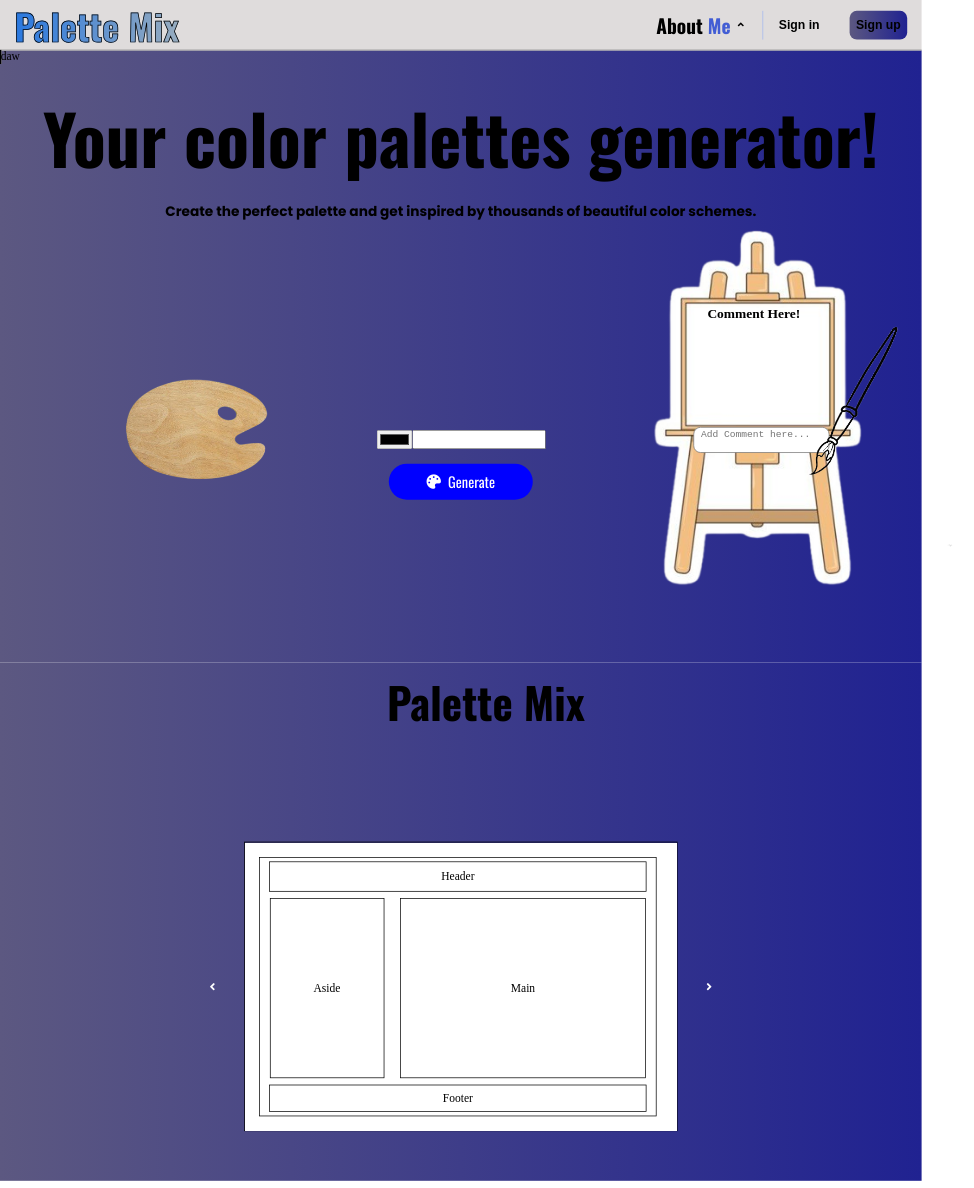
Repository: dmpelaez/Login-Signup-form
Page: Color/colorHeader.html
An editor plug-in stored every save of this project. The page is shown before and after the next save, followed by the edit.
The browser window is 1280 px wide. The page is 1353 px wide, so the pictures cover 1353 px, including what lies to the right of the window. The pictures show the whole page, at 72% of full size.
Some web libraries are served in a nearby version.

Above is the page before, as saved 2025-12-12 17:46:07.

### Color/colorHeader.html
<!DOCTYPE html>

  <html lang="en" dir="ltr">

    <head>

      <title>Palette Mix</title>
      <!--Style-->
      <link rel="stylesheet" href="colorHeader.css">
      <link rel="stylesheet" href="colorMain.css">
      <link rel="stylesheet" href="https://cdnjs.cloudflare.com/ajax/libs/font-awesome/5.14.0/css/all.min.css">
    </head>
    <body>

      <header class="color-header">
        <!--Title-->
        <a href="colorHeader.html">
          <section id="title" class="color-title">
            Palette Mix
          </section>
        </a>

        <!--End-->

        <!--Right side navigation bar-->
        <section class="navigation-bar">

          <!--About me-->
          <button class="about-me">
            <span class="aboutme">About <span class="me-text">Me</span></span>
            <i class="fas fa-angle-up"></i>
          </button>

          <!--Login & Signup form-->
          <div class="signin-signup">
            <button class="sign-in">
              Sign in
            </button>
            <button class="sign-up">
              Sign up
            </button>
          </div>
        </section>
        <!--End-->
        <div class="aboutmeSection">
          daw
        </div>


      </header>

      <main class="mainpage">

        <!--Main page-->
        <div class="main-page">

          <section class="title1">

            <h1 class="intro">Your color palettes generator!</h1>

            <h3 class="little-info">Create the perfect palette and get inspired by thousands of beautiful color schemes.</h3>
            <div class="sliding">
              <div class="colors">
              </div>
              <div class="colors2">
              </div>
              <div class="colors3">
              </div>
               <div class="colors4">
              </div>
            </div>

            <div class="colorSearch">
              <input type="color" class="colorbox">
              <Input type="text"  class="textbox">
              <img class="brush" src="brush.png">
              <img class="plate" src="plate.png">
              <img class="board" src="board.png">
                <div class="comment-section">
                  <h3 class="comment-text">Comment Here!</h3>
                  <ul class="comment-list"></ul>
                  <textarea class="comment-input" placeholder="Add Comment here..."></textarea>
                </div>
              </img>

            </div>

            <button class="generator">
              <i class="fas fa-palette"></i>
              Generate
            </button>
          </section>


        </div>

        <div class="theWhole">
          <div class="paletteText">Palette Mix</div>
          <div class="colorGenerator">
          </div>

          <div class="wholeDesign">
          <i id="leftIcon" class="fas fa-angle-left"></i>
              <div class="divBox">

            <!--Design 1-->


            <div class="divScroll">
              <div  class="div1">
                <div id="randomBox1" class="divpage1">
                  <header id="randomBox2" class="headerDiv1">Header</header>
                  <main  id="randomBox3" class="mainDiv1">
                    <div id="randomBox4" class="asideDiv1">Aside</div>
                    <div id="randomBox5" class="frontDiv1">Main</div>
                  </main>
                  <footer id="randomBox7" class="footerDiv1">Footer</footer>
                </div>
              </div>
              <!--Design 2-->
              <div  class="div2">
                <div id="randomBox1" class="divpage2">
                  <header id="randomBox2" class="headerDiv2">Header</header>
                    <div id="randomBox4" class="asideDiv2">Aside</div>
                    <div id="randomBox5" class="frontDiv2">Main</div>
                  <footer id="randomBox7" class="footerDiv2">Footer</footer>
                </div>
              </div>

              <!--Design 3-->

              <div  class="div3">
                <div id="randomBox1" class="divpage3">
                  <header id="randomBox2" class="headerDiv3">Header</header>
                    <div class="navBar">Navigation</div>
                    <div id="randomBox4" class="asideDiv3">Aside</div>
                    <div id="randomBox4" class="asideDiv32">Aside</div>
                    <div id="randomBox5" class="frontDiv3">Main</div>

                  <footer id="randomBox7" class="footerDiv3">Footer</footer>
                </div>
              </div>

            </div>
          </div>
          <i id="rightIcon"class="fas fa-angle-right"></i>



        </div>

        </div>


      </main>


      <script type="module" src="color.js"></script>

    </body>

  </html>

### Color/colorHeader.css
@import url('https://fonts.googleapis.com/css2?family=Anton&family=Oswald:wght@200..700&family=Poppins:ital,wght@0,100;0,200;0,300;0,400;0,500;0,600;0,700;0,800;0,900;1,100;1,200;1,300;1,400;1,500;1,600;1,700;1,800;1,900&family=Roboto:ital,wght@0,100..900;1,100..900&display=swap');

body {
  margin: 0;
  padding: 0;
}

.color-header {
  display: flex;
  justify-content: space-between;
  align-items: center;
  padding-left: 20px;
  padding-right: 20px;
  background: rgb(223, 220, 220);
  box-sizing: border-box;
  position: fixed;
  right: 0;
  left: 0;
  top: 0;
  height: 70px;
  border-bottom: 1px solid gray;
  z-index: 2;
}
@media (max-width: 670px) {
  .color-header {
    gap: 30px;
  }
}

a {
  text-decoration: none;
  flex-shrink: 0;
}

.color-title {
font-family: "Oswald", sans-serif;
font-weight: bold;
display: flex;
height: 50px;
font-size: 50px;
justify-content: start;
align-items: center;
-webkit-text-stroke: 1px black;
background: linear-gradient(90deg, rgb(41, 120, 224), rgb(150, 171, 190));
-webkit-background-clip: text;
-webkit-text-fill-color: transparent;
transition: all 0.3s ease;
cursor: pointer;
flex-shrink: 0;
}




.navigation-bar {
  display: Flex;
  justify-content: space-between;
  align-items: center;
  gap: 20px;
  height: 50px;
}
.signin-signup {
  display: Flex;
  border-left: 1px solid rgb(162, 183, 240);
  justify-content: space-between;
  align-items: center;
  gap: 30px;
  height: 40px;
  padding-left: 10px;
}

.sign-up {
  height: 40px;
  width: 80px;
  border-radius: 10px;
  border: none;
  background: transparent;
  color: black;
  font-family: arial;
  font-weight: bold;
  font-size: 17px;
  cursor: pointer;
  background: linear-gradient(90deg, rgb(92, 88, 129), rgb(32, 34, 145));
}
.sign-in {
  height: 40px;
  width: 80px;
  border-radius: 10px;
  border: none;
  background: transparent;
  color: black;
  font-family: arial;
  font-weight: bold;
  font-size: 17px;
  cursor: pointer;

}
.sign-in:hover,
.sign-up:hover {
background: linear-gradient(90deg, rgb(92, 88, 129), rgb(32, 34, 145));
  color: white;
}
.about-me {
  display: flex;
  justify-content: space-evenly;
  height: 40px;
  align-items: center;
  background-color: transparent;
  border: none;
  cursor: pointer;
  border-radius: 5px;
  flex-shrink: 0;
}
.about-me:hover {
  color: white;
  background: linear-gradient(90deg, rgb(92, 88, 129), rgb(32, 34, 145));
}
.aboutme {
  font-weight: bold;
  font-size: 27px;
  font-family: "Oswald";

}

.me-text {
  margin-right: 10px;
  color: rgb(66, 93, 212);
}

### Color/colorMain.css
@import url('https://fonts.googleapis.com/css2?family=Anton&family=Luckiest+Guy&family=Oswald:wght@200..700&family=Poppins:ital,wght@0,100;0,200;0,300;0,400;0,500;0,600;0,700;0,800;0,900;1,100;1,200;1,300;1,400;1,500;1,600;1,700;1,800;1,900&family=Roboto:ital,wght@0,100..900;1,100..900&display=swap');

body {
  height: 1580px;
}

.mainpage {
margin-top: 70px;
display: grid;
max-width: 1900px;
flex-shrink: 0;
position: relative;
}



.main-page {

}
.intro {
  font-weight: bold;
  font-size: 95px;
  white-space: wrap;
  font-family: "Oswald";
  flex-shrink: 0;
  display: flex;
  margin: 0px;
}


.aboutmeSection {
  display: flex;
  position: absolute;
  border: 1px solid black;
  background-color: white;
  left: 0;
  top: 100%;
  right: 100%;
}




.title1 {
  display: flex;
  flex-direction: column;
    width: 100%;
  height: 800px;
  justify-content: start;
  position: relative;
  padding-top: 50px;
  align-items: center;
 background: linear-gradient(90deg, rgb(92, 88, 129), rgb(32, 34, 145));
 transition: background 6s ease;

}


.animate-gradient {
  animation: gradientShift 6s infinite alternate;
}

.little-info {

  font-size: 19px;
  color: rgb(0, 0, 0);
  font-family: "Poppins";
}

.letters {
  display: inline-block;
  margin: 2px;
}

.letters:hover {
  cursor: pointer;
  transition: text-shadow 0.3s ease;

  animation: wiggle 0.2s infinite alternate;
}


@keyframes wiggle {
  from {transform: translateX(0);}
  to {transform: translateX(-10px);}
}
.colors,
.colors2,
.colors3,
.colors4  {
  display: flex;

   width: 500px;
  height: 150px;
  justify-content: center;

   gap: 10px;
}
.colors div,
.colors2 div,
.colors3 div,
.colors4 div {
  display: Flex;
  height: 145px;
  flex-direction: row;
  width: 200px;
  justify-content: center;
}
.box {
  display: Flex;
  align-items: center;
  justify-content: center;
  font-weight: bold;
  font-size: 19px;
  text-transform: uppercase;
  cursor: pointer;

  border-radius: 10px;
}
.sliding {

  height: 250px;
 position: relative;
 overflow: hidden;
 margin-bottom: 20px;
}
.colors,
.colors2,
.colors3,
.colors4 {
  animation: scrollUp 6s linear infinite;

}


@keyframes scrollUp {
  0%   { transform: translateY(0); }
  25%   { transform: translateY(-50%); }
  50%   { transform: translateY(-100%); }
  75%   { transform: translateY(-150%); }
  100% { transform: translateY(-205%); }
}

.colorSearch {
  display: Flex;
  position: relative;
}
.brush {
  position: absolute;
  width: 300px;
  object-fit: cover;
  z-index: 1;
  top: -250px;
  right: -580px;
  pointer-events: none;
}
.plate {
  position: absolute;
  width: 200px;
  left: -350px;
  top: -70px;


}
.board {
  position: absolute;
  width: 600px;
  top: -330px;
  left: 230px;
  pointer-events: none;
}

.comment-section {
  position: absolute;
  right: -394px;
  bottom: -20%;
  display: flex;
  flex-direction: column;
  height: 250px;
  justify-content: end;
  text-align: center;

}
.comment-list {
position: absolute;
bottom: 10%;
display: flex;
align-items: left;
justify-content: start;

gap: 10px;
height: 140px;
width: 189px;
padding: 0;
left: -16px;
flex-direction: column;
overflow-y: scroll;
padding-left: 10px;
}
.comment-text {
  margin: 0px;
  Position: absolute;
  top: 45px;
  left: 20px;
  white-space: nowrap;
}
.comment-input {
display: flex;
position: initial;
padding-left: 10px;
text-align: middle;
align-items: center;
justify-content: center;
border-radius: 10px;
outline: none;
}
.comments {
  display: flex;
  justify-content: start;
  text-align: left;
  width: 160px;
  white-space: normal;
  word-wrap: break-word;
  word-break: break-all;
  overflow-wrap: break-word;
  border: 1px solid gray;
  padding: 10px;
  padding-right: 0px;
}


.generator {
  display: flex;
  background: blue;
  border: none;
  border-radius: 50px;
  height: 50px;
  align-items: center;
  justify-content: center;
  margin-top: 20px;
  width: 200px;
  font-family: "Oswald";
  font-size: 20px;
  color: white;
  cursor: pointer;
}
.generator i {
  margin-right: 10px;
}

.colorGenerator {
  display: flex;


  height: 200px;
  width: 100%;
  align-self: center;
 justify-self: center;
 align-items: center;
 justify-content: center;
 gap: 10px;

}
.generateColor {
  display: flex;
  border-width: 1px;
  border-radius: solid;
  width: 200px;
  height: 100px;
  justify-content: center;
  align-items: center;
  cursor: pointer;
  color: black;
}

.paletteText {
  font-weight: bold;
  font-family: "Oswald";
  font-size: 60px;
  position: absolute;
  left: 42%;
  top: 0;
  right: 50%;
  white-space: nowrap;
  top: 10px;

}

.theWhole {
  height: 100vh;
  display: flex;
  flex-direction: column;
  justify-content: center;
  align-items: center;
  position: relative;
 background: linear-gradient(90deg, rgb(92, 88, 129), rgb(32, 34, 145));
}

.divBox {
  border: 1px solid black;
  height: 400px;
  width: 600px;
  display: flex;
  align-items: center;
  justify-content: center;
  align-self: center;
  justify-self: center;
  gap: 20px;
  background-color: white;
  overflow-x: auto;
  scroll-behavior: smooth;
  position: relative;
}
.divBox::-webkit-scrollbar {
  display: none;
}
.wholeDesign {
  display: flex;
  justify-content: center;
  align-items: center;
  margin-bottom: 20px;
}


.divBox i {
  cursor: pointer;
  margin-right: 10px;
  margin-left: 10px;

}

.divScroll {
  display: flex;
  justify-content: space-evenly;
  height: 90%;
  min-width: 90%;
  position: absolute;
  left: 20px;
  background-color: white;
  gap: 30px;

}

.div1{
  display: grid;
  border: 1px solid black;
  min-height: 90%;
  width: 550px;
  flex-direction: column;
  z-index: 1;


}


.div2 {
 display: grid;
  border: 1px solid black;
  min-height: 90%;
  width: 550px;
  flex-direction: column;
  z-index: 1;

}
.div3 {
  display: grid;
  border: 1px solid black;
  min-height: 90%;
  width: 550px;
  flex-direction: column;
  z-index: 1;
  margin-right: 20px;

}





.divpage1 {
  display: flex;
   z-index: 2;
   flex-direction: column;
  height: 100%;
  min-width: 100%;
  justify-content: space-between;
  align-items: center;

}

.headerDiv1 {
  display: flex;
  align-items: center;
  justify-content: center;
  height: 40px;
  border: 1px solid black;
  min-width: 95%;
  margin-top: 5px;
  z-index: 2;
  background-color: white;
}
.mainDiv1{
  display: flex;
   z-index: 2;
  height: 70%;
  min-width: 95%;
  justify-content: space-between;

}
.footerDiv1 {
  display: flex;
  border: 1px solid black;
  min-width: 95%;
  justify-content: center;
  height: 10%;
  align-items: center;
  margin-bottom: 5px;
    z-index: 2;
    background-color: white;
}
.asideDiv1 {
  border: 1px solid black;
  min-width: 30%;
  display: flex;
  align-items: center;
  justify-content: center;
  z-index: 2;
  background-color: white;
}
.frontDiv1 {
  display: flex;
  border: 1px solid black;
  min-width: 65%;
  justify-content: center;
  align-items: center;
  z-index: 2;
  background-color: white;
}





.divpage2 {
  display: grid;
grid-template-columns: 150px 1fr 1fr 1fr;
grid-template-rows: 150px 1fr 1fr 1fr;
row-gap: 10px;
column-gap: 10px;
margin: 10px;
}
.headerDiv2 {
  grid-row: 1 / 3 span;
  display: flex;
  justify-content: center;
  align-items: center;
  border: 1px solid black;
  background-color: white;
}

.footerDiv2 {
  grid-row: 4 / 1 span;
  grid-column: 4 span;
  display: flex;
  justify-content: center;
  align-items: center;
  border: 1px solid black;
  background-color: white;
}


.frontDiv2 {
grid-column: 2 / 3 span;
grid-row: 1 / 2 span;
display: flex;
justify-content: center;
align-items: center;
border: 1px solid black;
background-color: white;
}
.asideDiv2 {
  grid-column: 2 / 3 span;
  display: flex;
  justify-content: center;
  align-items: center;
  border: 1px solid black;
  background-color: white;
}




.divpage3 {
  display: grid;
  grid-template-columns: 150px 1fr 150px;
  grid-template-rows: 50px 40px 1fr 1fr 40px;
  row-gap: 10px;
  column-gap: 10px;
  margin: 10px;

}
.headerDiv3 {
  grid-column: 1 / 3 span;
  display: flex;
  justify-content: center;
  align-items: center;
  border: 1px solid black;
  background-color: white;
}
.navBar {
  grid-column: 1 / 3 span;
  display: flex;
  justify-content: center;
  align-items: center;
  border: 1px solid black;
background-color: white;
}
.asideDiv3 {
  display: flex;
  border: 1px solid black;
  justify-content: center;
  align-items: center;
background-color: white;
}
.asideDiv32 {
  display: Flex;
  border: 1px black solid;
  grid-row: 4;
  justify-content: center;
  align-items: center;
  background-color: white;
}
.frontDiv3 {
  display: flex;
  justify-content: center;
  align-items: center;
  border: 1px solid black;
  grid-row: 3 / 2 span;
  grid-column: 2 / 2 span;
  background-color: white;
}
.footerDiv3 {
  display: Flex;
  align-items: center;
  justify-content: center;
  border: 1px solid black;
  grid-column: 1 / 3 span;
  background-color: white;
}




#leftIcon {
  cursor: pointer;
  color: white;
  margin-right: 20px;
  padding: 20px;
}
#rightIcon {
  cursor: pointer;
  margin-left: 20px;
  padding: 20px;
 color: white;
}

Loaded but not shown: Color/color.js (458 lines, source omitted)

After the next save:
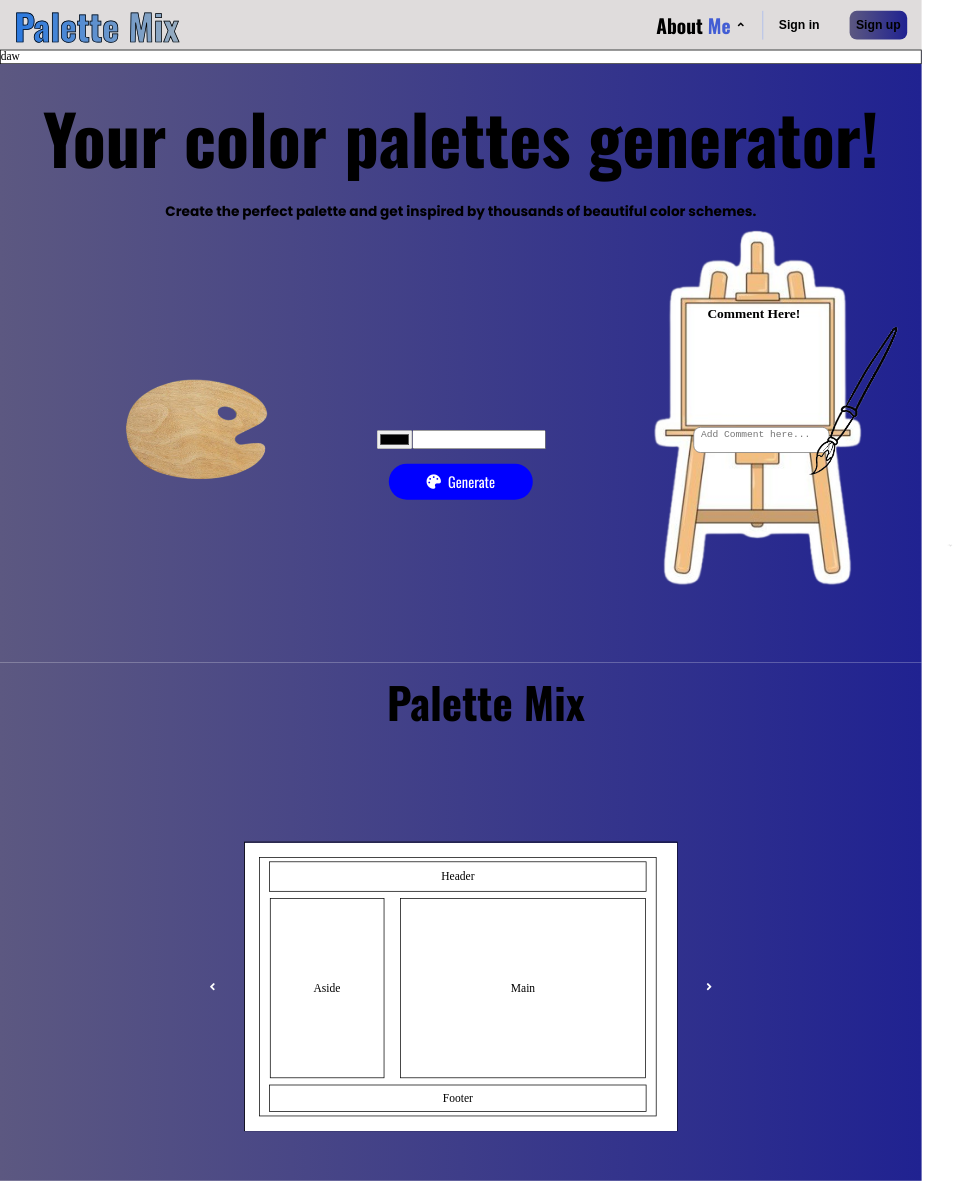
Saved 5 s later.
--- a/Color/colorMain.css
+++ b/Color/colorMain.css
@@ -35,7 +35,7 @@ position: relative;
   background-color: white;
   left: 0;
   top: 100%;
-  right: 100%;
+  right: 0%;
 }
 
 
